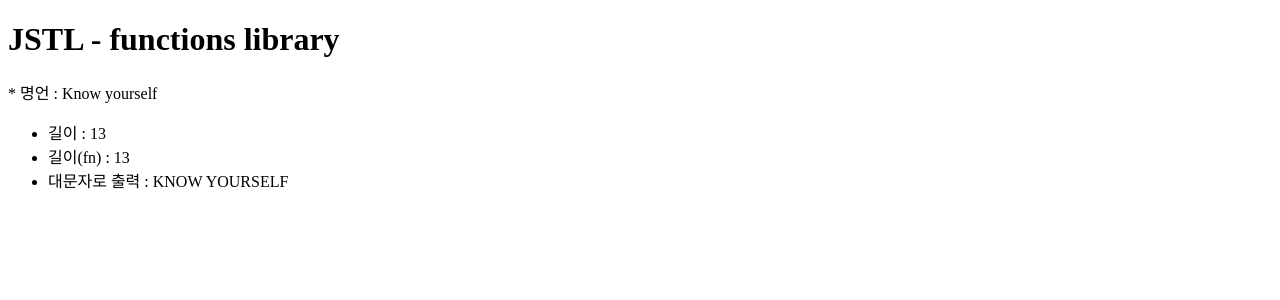
Repository: Developer-Choi-Jae-Young/ServletPractice
Page: http://localhost/3_elAction/views/3_Custom_Action/03_fn.jsp
These files come from the project's save history. The page is drawn as it stood at one moment and after the next save; the edit follows.
The browser window is 1280 px wide. The pictures show the whole page.
The page is served by Tomcat 9. Other server files are loaded and not shown.

Above is the page before, as saved 2024-08-28 02:22:49.

### 3_elAction/src/main/webapp/views/3_Custom_Action/03_fn.jsp
<%@ page language="java" contentType="text/html; charset=UTF-8"
    pageEncoding="UTF-8"%>
<%@ taglib prefix="c" uri="http://java.sun.com/jsp/jstl/core" %>
<%@ taglib prefix="fn" uri="http://java.sun.com/jsp/jstl/functions" %>
<!DOCTYPE html>
<html>
<head>
<meta charset="UTF-8">
<title>JSTL - fn</title>
</head>
<body>
	<h1>JSTL - functions library</h1>

	<c:set var="qt" value="Know yourself"/>

	* 명언 : ${ qt } <br>

	<ul>
		<li>
			길이 : ${ qt.length() }
		</li>
		<li>
			길이(fn) : ${ fn:length(qt) } <%-- ArrayList, 문자열 사용 가능 (길이) --%>
		</li>
		<li>
			대문자로 출력 : ${ fn:toUpperCase(qt) }
		</li>
	</ul>
</body>
</html>

After the next save:
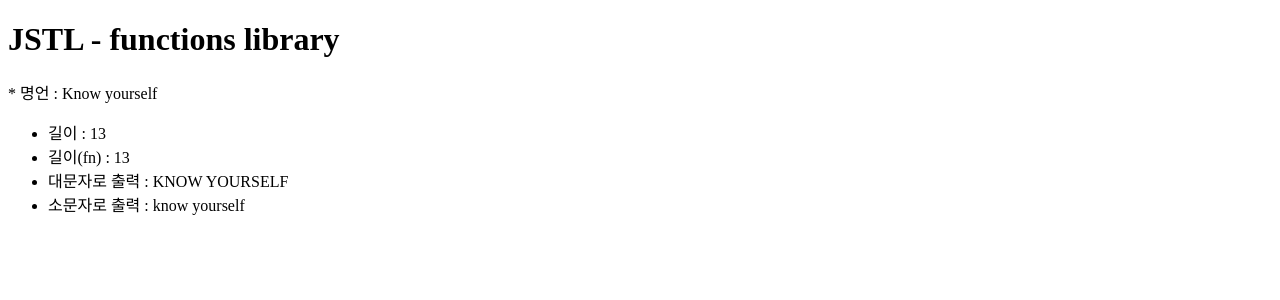
Saved 42 s later.
--- a/3_elAction/src/main/webapp/views/3_Custom_Action/03_fn.jsp
+++ b/3_elAction/src/main/webapp/views/3_Custom_Action/03_fn.jsp
@@ -25,6 +25,9 @@
 		<li>
 			대문자로 출력 : ${ fn:toUpperCase(qt) }
 		</li>
+		<li>
+			소문자로 출력 : ${ fn:toLowerCase(qt) }
+		</li>
 	</ul>
 </body>
 </html>
